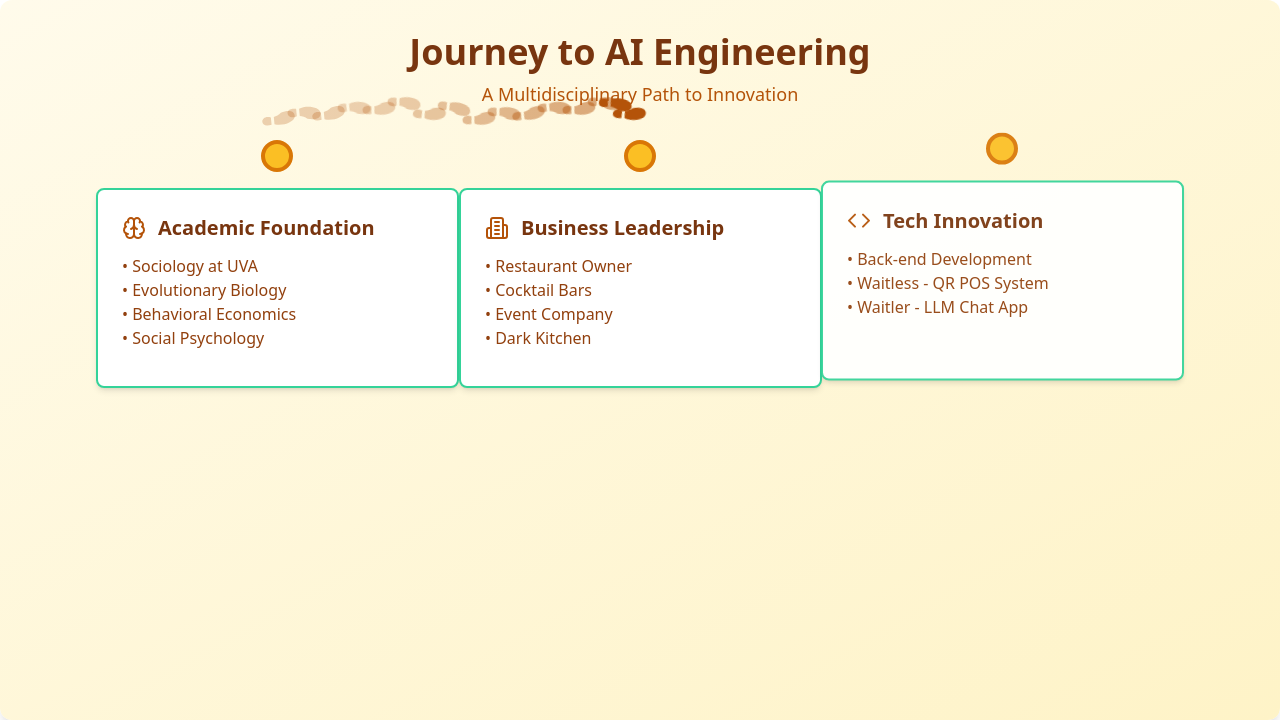
Repository: Galbaz1/dell_presentation
Page: /
An editor plug-in stored every save of this project. The page is shown before and after the next save, followed by the edit.
The browser window is 1280 px wide. The pictures show the whole page.
The project was rebuilt for these pictures with package versions that can differ from the ones it lists, and the page was loaded fresh each time. The framework's server and built-in components were replaced by stand-ins that run in the browser.

Above is the page before, as saved 2024-11-11 13:45:40.

### pages/_app.tsx
import '../styles/globals.css'
import '../styles/speaker_intro.css'
import type { AppProps } from 'next/app'

function MyApp({ Component, pageProps }: AppProps) {
  return <Component {...pageProps} />
}

export default MyApp

### pages/index.tsx
import React from 'react';
import { Brain, Building2, Code, Users, ArrowRight, RefreshCcw } from 'lucide-react';
import FootstepsAnimation from '../components/FootstepsAnimation';

const SpeakerSlide: React.FC = () => {
  return (
    <div className="bg-gradient-to-br from-amber-50 to-amber-100 p-8 rounded-xl shadow-lg min-h-screen overflow-hidden">
      {/* Header */}
      <div className="mb-12 text-center">
        <h1 className="text-4xl font-bold text-amber-900 mb-2">Journey to AI Engineering</h1>
        <p className="text-lg text-amber-700">A Multidisciplinary Path to Innovation</p>
      </div>

      {/* Journey Map */}
      <div className="relative mb-16 mx-auto max-w-[1400px]">
        <FootstepsAnimation />
        {/* Journey Stations */}
        <div className="relative flex justify-between items-center px-16">
          {/* Academic Foundation */}
          <div className="w-96 relative fall-animation">
            <div className="absolute -top-4 left-1/2 transform -translate-x-1/2">
              <div className="w-8 h-8 rounded-full bg-amber-400 border-4 border-amber-600" />
            </div>
            <div className="bg-white p-6 rounded-lg shadow-md mt-8 h-[200px] flex flex-col border-2 border-emerald-400">
              <h2 className="text-xl font-semibold text-amber-900 mb-3 flex items-center">
                <Brain className="mr-3 text-amber-700 w-6 h-6" /> Academic Foundation
              </h2>
              <ul className="text-base text-amber-800 flex-1">
                <li>• Sociology at UVA</li>
                <li>• Evolutionary Biology</li>
                <li>• Behavioral Economics</li>
                <li>• Social Psychology</li>
              </ul>
            </div>
          </div>

          {/* Business Experience */}
          <div className="w-96 relative fall-animation fall-animation-delay-1">
            <div className="absolute -top-4 left-1/2 transform -translate-x-1/2">
              <div className="w-8 h-8 rounded-full bg-amber-400 border-4 border-amber-600" />
            </div>
            <div className="bg-white p-6 rounded-lg shadow-md mt-8 h-[200px] flex flex-col border-2 border-emerald-400">
              <h2 className="text-xl font-semibold text-amber-900 mb-3 flex items-center">
                <Building2 className="mr-3 text-amber-700 w-6 h-6" /> Business Leadership
              </h2>
              <ul className="text-base text-amber-800 flex-1">
                <li>• Restaurant Owner</li>
                <li>• Cocktail Bars</li>
                <li>• Event Company</li>
                <li>• Dark Kitchen</li>
              </ul>
            </div>
          </div>

          {/* Tech Innovation */}
          <div className="w-96 relative fall-animation fall-animation-delay-2">
            <div className="absolute -top-4 left-1/2 transform -translate-x-1/2">
              <div className="w-8 h-8 rounded-full bg-amber-400 border-4 border-amber-600" />
            </div>
            <div className="bg-white p-6 rounded-lg shadow-md mt-8 h-[200px] flex flex-col border-2 border-emerald-400">
              <h2 className="text-xl font-semibold text-amber-900 mb-3 flex items-center">
                <Code className="mr-3 text-amber-700 w-6 h-6" /> Tech Innovation
              </h2>
              <ul className="text-base text-amber-800 flex-1">
                <li>• Back-end Development</li>
                <li>• Waitless - QR POS System</li>
                <li>• Waitler - LLM Chat App</li>
              </ul>
            </div>
          </div>
        </div>
      </div>

      {/* Current Roles Synergy Circle */}
      <div className="relative max-w-[1200px] mx-auto mt-24">
        {/* Synergy Arrows */}
        <div className="absolute left-0 right-0 mx-auto w-28 top-[80px] synergy-animation z-10">
          <div className="relative w-full h-full">
            <RefreshCcw className="w-full h-full text-amber-600 animate-spin-slow" />
            <div className="absolute top-1/2 left-1/2 transform -translate-x-1/2 -translate-y-1/2 text-sm text-amber-800 font-semibold bg-white px-3 py-1 rounded">
              Synergy
            </div>
          </div>
        </div>

        <div className="flex justify-between items-center synergy-animation px-16">
          {/* AI Engineering Role */}
          <div className="w-[480px] bg-white p-8 rounded-lg shadow-md border-2 border-amber-400 h-[160px] flex flex-col">
            <h2 className="text-2xl font-semibold text-amber-900 mb-3 flex items-center">
              <Brain className="mr-3 text-amber-700 w-6 h-6" /> AI Engineering
            </h2>
            <p className="text-base text-amber-800">
              Freelance AI solutions architect combining technical expertise with business acumen
            </p>
          </div>

          {/* AI Builders Role */}
          <div className="w-[480px] bg-white p-8 rounded-lg shadow-md border-2 border-amber-400 h-[160px] flex flex-col">
            <h2 className="text-2xl font-semibold text-amber-900 mb-3 flex items-center">
              <Users className="mr-3 text-amber-700 w-6 h-6" /> AI Builders Club
            </h2>
            <p className="text-base text-amber-800">
              Community lead fostering AI innovation in Amsterdam, Rotterdam, and Berlin
            </p>
          </div>
        </div>
      </div>
    </div>
  );
};

export default SpeakerSlide;

### styles/speaker_intro.css
@keyframes spin-slow {
  from {
    transform: rotate(0deg);
  }
  to {
    transform: rotate(360deg);
  }
}

.animate-spin-slow {
  animation: spin-slow 20s linear infinite;
}

@keyframes fallIn {
  0% {
    transform: translateY(-100vh) rotate(0deg);
    opacity: 0;
  }
  60% {
    transform: translateY(20px) rotate(720deg);
  }
  80% {
    transform: translateY(-10px) rotate(720deg);
  }
  100% {
    transform: translateY(0) rotate(720deg);
    opacity: 1;
  }
}

@keyframes footsteps {
  0% {
    clip-path: inset(0 100% 0 0);
  }
  100% {
    clip-path: inset(0 0 0 0);
  }
}

@keyframes dotted-line {
  0% {
    stroke-dashoffset: 1000;
  }
  100% {
    stroke-dashoffset: 0;
  }
}

@keyframes synergy-appear {
  0% {
    transform: scale(0) rotate(0deg);
    opacity: 0;
  }
  100% {
    transform: scale(1) rotate(360deg);
    opacity: 1;
  }
}

.fall-animation {
  opacity: 0;
  animation: fallIn 2s cubic-bezier(0.25, 0.46, 0.45, 0.94) forwards;
}

.fall-animation-delay-1 {
  animation-delay: 2s;
}

.fall-animation-delay-2 {
  animation-delay: 4s;
}

.footsteps-path {
  stroke-dasharray: 10;
  stroke-dashoffset: 1000;
  animation: dotted-line 1.5s ease-in-out forwards;
}

.footsteps-animation-1 {
  animation-delay: 1.5s;
}

.footsteps-animation-2 {
  animation-delay: 3.5s;
}

.synergy-animation {
  opacity: 0;
  animation: synergy-appear 2s cubic-bezier(0.34, 1.56, 0.64, 1) forwards;
  animation-delay: 6s;
}

/* Footsteps styling */
.footstep {
  position: absolute;
  width: 24px;
  height: 36px;
  opacity: 1;
  transform-origin: center;
  z-index: 51;
}

.footstep.active {
  opacity: 1;
}

.footstep.trail {
  fill: #666;
  opacity: 0.5;
}

.ghost-trail .footstep {
  fill: #666;
  opacity: 0.5;
}

/* First block path animation */
@keyframes first-block-path {
  0% { transform: translate(0, 0) rotate(0deg); opacity: 0; }
  5% { transform: translate(0, 0) rotate(0deg); opacity: 1; }
  20% { transform: translate(-100px, 0) rotate(-90deg); }
  35% { transform: translate(-100px, 100px) rotate(-90deg); }
  50% { transform: translate(0, 100px) rotate(0deg); }
  65% { transform: translate(0, 0) rotate(90deg); }
  80% { transform: translate(100px, 0) rotate(90deg); }
  95% { transform: translate(100px, 0) rotate(90deg); opacity: 1; }
  100% { transform: translate(100px, 0) rotate(90deg); opacity: 0; }
}

.first-block-path .left-step {
  animation: first-block-path 4s ease-in-out forwards;
}

.first-block-path .right-step {
  animation: first-block-path 4s ease-in-out 0.5s forwards;
}

/* Second block path animation */
@keyframes second-block-path {
  /* Similar to first-block-path but adjusted for second block position */
}

.second-block-path .left-step {
  animation: second-block-path 4s ease-in-out 4s forwards;
}

.second-block-path .right-step {
  animation: second-block-path 4s ease-in-out 4.5s forwards;
}

/* Third block path animation */
@keyframes third-block-path {
  /* Similar to previous paths but adjusted for third block position */
}

.third-block-path .left-step {
  animation: third-block-path 4s ease-in-out 8s forwards;
}

.third-block-path .right-step {
  animation: third-block-path 4s ease-in-out 8.5s forwards;
}

/* Trail effect */
.footstep-trail {
  position: absolute;
  opacity: 0.3;
  transition: opacity 0.5s ease-out;
}

.footstep-trail.fade {
  opacity: 0;
}

.ghost-trail {
  position: absolute;
  fill: #666;
  opacity: 0.5;
  transition: opacity 1s ease-out;
  z-index: 50;
}

.ghost-trail-container {
  position: fixed;
  top: 0;
  left: 0;
  width: 100%;
  height: 100%;
  pointer-events: none;
  z-index: 50;
  overflow: hidden;
}

.ghost-trail svg {
  fill: #d97706 !important; /* amber-600 for ghost trails */
  opacity: 0.5;
}

### components/FootstepsAnimation.tsx
import React, { useEffect, useRef } from 'react';
import gsap from 'gsap';

interface FootProps {
  ref: React.RefObject<SVGSVGElement>;
}

const RightFootprint = React.forwardRef<SVGSVGElement>((_, ref) => (
  <svg
    ref={ref}
    width="24"
    height="36"
    viewBox="0 0 16 32"
    fill="currentColor"
    xmlns="http://www.w3.org/2000/svg"
    className="footstep right-step"
    style={{ transform: 'rotate(90deg)', fill: '#b45309' }}
  >
    <path d="M5.058 20.918l6.21-1.664c-0.204-2.22 0-4.745 1.205-7.11 0.18-6.195-1.867-11.962-6.835-10.631-5.468 1.465-4.865 13.899-0.58 19.404v0zM5.468 23.537c0.343 11.974 12.512 6.497 6.318-1.693l-6.318 1.693z" />
  </svg>
));

const LeftFootprint = React.forwardRef<SVGSVGElement>((_, ref) => (
  <svg
    ref={ref}
    width="24"
    height="36"
    viewBox="20 0 16 32"
    fill="currentColor"
    xmlns="http://www.w3.org/2000/svg"
    className="footstep left-step"
    style={{ transform: 'rotate(90deg)', fill: '#b45309' }}
  >
    <path d="M27.227 20.917l-6.21-1.664c0.204-2.22-0-4.745-1.205-7.11-0.18-6.195 1.867-11.962 6.835-10.631 5.468 1.466 4.865 13.9 0.58 19.404v0zM26.818 23.536c-0.343 11.973-12.512 6.497-6.318-1.693l6.318 1.693z" />
  </svg>
));

const FootstepsAnimation: React.FC = () => {
  const leftFootRef = useRef<SVGSVGElement>(null);
  const rightFootRef = useRef<SVGSVGElement>(null);
  const ghostTrailRef = useRef<HTMLDivElement>(null);

  useEffect(() => {
    if (!leftFootRef.current || !rightFootRef.current || !ghostTrailRef.current) return;

    // River-like flowing path with gentle curves
    const flowingPath = [
      // Start at first orange circle (Academic Foundation)
      { x: 280, y: 100 },    // Starting at first circle
      { x: 330, y: 95 },     // Gentle curve up
      { x: 380, y: 90 },     // Peak
      { x: 430, y: 95 },     // Coming down
      { x: 480, y: 100 },    // Level
      { x: 530, y: 95 },     // Rise
      { x: 580, y: 90 },     // Peak
      { x: 630, y: 95 },     // Descend
      { x: 680, y: 100 },    // Second circle position
      { x: 730, y: 95 },     // Begin rise
      { x: 780, y: 90 },     // Peak
      { x: 830, y: 95 },     // Start descent
      { x: 880, y: 100 },    // Level
      { x: 930, y: 95 },     // Rise
      { x: 980, y: 90 },     // Peak
      { x: 1030, y: 95 },    // Descend
      { x: 1080, y: 100 },   // Third circle position
      { x: 1130, y: 95 },    // Final rise
      { x: 1180, y: 90 },    // Last peak
      { x: 1230, y: 95 },    // Final descent
      { x: 1280, y: 100 },   // End position
    ];

    const createGhostTrail = (
      element: SVGSVGElement,
      x: number,
      y: number,
      rotation: number = 0
    ): void => {
      if (!ghostTrailRef.current) return;

      const ghost = element.cloneNode(true) as SVGSVGElement;
      ghost.style.position = 'absolute';
      ghost.style.left = `${x}px`;
      ghost.style.top = `${y}px`;
      ghost.style.transform = `rotate(${rotation + 90}deg)`;
      ghost.style.color = '#d97706';
      ghost.classList.add('ghost-trail');

      ghostTrailRef.current.appendChild(ghost);

      gsap.to(ghost, {
        opacity: 0.25,
        duration: 3,
        ease: "none",
      });
    };

    const animateFootstep = (
      foot: SVGSVGElement,
      path: Array<{x: number, y: number}>,
      delay: number,
      isLeft: boolean
    ): void => {
      path.forEach((point, index) => {
        const prevPoint = index > 0 ? path[index - 1] : point;
        const nextPoint = index < path.length - 1 ? path[index + 1] : point;

        const rotation = Math.atan2(
          nextPoint.y - prevPoint.y,
          nextPoint.x - prevPoint.x
        ) * 180 / Math.PI;

        // Swapped vertical offsets and reduced distance by 50%
        const verticalOffset = isLeft ? 5 : -5; // Changed from -10/+10 to +5/-5

        gsap.to(foot, {
          x: point.x + (isLeft ? -12 : 12),
          y: point.y + verticalOffset,
          rotation: rotation + 90 + (isLeft ? -15 : 15),
          duration: 0.6,
          delay: delay + (index * 0.7),
          ease: "power2.inOut",
          onComplete: () => createGhostTrail(
            foot,
            point.x + (isLeft ? -12 : 12),
            point.y + verticalOffset,
            rotation + (isLeft ? -15 : 15)
          ),
        });
      });
    };

    // Start animations with proper timing
    const timeline = gsap.timeline();

    // Animate both feet with slight offset for natural walking
    animateFootstep(leftFootRef.current, flowingPath, 0, true);
    animateFootstep(rightFootRef.current, flowingPath, 0.35, false); // Increased offset

    return () => {
      timeline.kill();
    };
  }, []);

  return (
    <div className="fixed inset-0 pointer-events-none" style={{ zIndex: 50 }}>
      <div
        ref={ghostTrailRef}
        className="ghost-trail-container"
        style={{ zIndex: 50 }}
      />
      <LeftFootprint ref={leftFootRef} />
      <RightFootprint ref={rightFootRef} />
    </div>
  );
};

RightFootprint.displayName = 'RightFootprint';
LeftFootprint.displayName = 'LeftFootprint';

export default FootstepsAnimation;

### tailwind.config.js
/** @type {import('tailwindcss').Config} */
module.exports = {
  content: [
    "./pages/**/*.{js,ts,jsx,tsx}",
    "./components/**/*.{js,ts,jsx,tsx}",
    "./styles/**/*.css",
  ],
  theme: {
    extend: {},
  },
  plugins: [],
}

Loaded but not shown: styles/globals.css (common file)

After the next save:
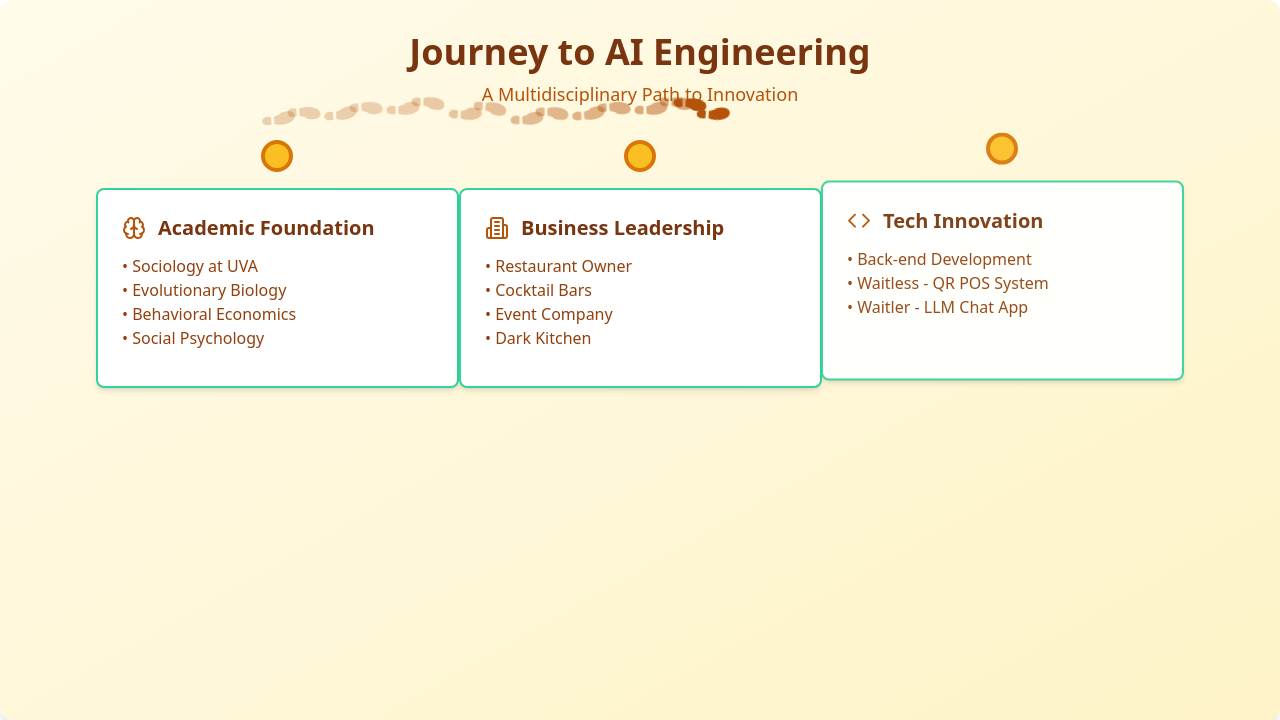
Saved 47 s later.
--- a/components/FootstepsAnimation.tsx
+++ b/components/FootstepsAnimation.tsx
@@ -47,26 +47,26 @@ const FootstepsAnimation: React.FC = () => {
     const flowingPath = [
       // Start at first orange circle (Academic Foundation)
       { x: 280, y: 100 },    // Starting at first circle
-      { x: 330, y: 95 },     // Gentle curve up
-      { x: 380, y: 90 },     // Peak
-      { x: 430, y: 95 },     // Coming down
-      { x: 480, y: 100 },    // Level
-      { x: 530, y: 95 },     // Rise
-      { x: 580, y: 90 },     // Peak
-      { x: 630, y: 95 },     // Descend
-      { x: 680, y: 100 },    // Second circle position
-      { x: 730, y: 95 },     // Begin rise
-      { x: 780, y: 90 },     // Peak
-      { x: 830, y: 95 },     // Start descent
-      { x: 880, y: 100 },    // Level
-      { x: 930, y: 95 },     // Rise
-      { x: 980, y: 90 },     // Peak
-      { x: 1030, y: 95 },    // Descend
-      { x: 1080, y: 100 },   // Third circle position
-      { x: 1130, y: 95 },    // Final rise
-      { x: 1180, y: 90 },    // Last peak
-      { x: 1230, y: 95 },    // Final descent
-      { x: 1280, y: 100 },   // End position
+      { x: 342, y: 95 },     // Gentle curve up (increased from 330)
+      { x: 404, y: 90 },     // Peak (increased from 380)
+      { x: 466, y: 95 },     // Coming down (increased from 430)
+      { x: 528, y: 100 },    // Level (increased from 480)
+      { x: 590, y: 95 },     // Rise (increased from 530)
+      { x: 652, y: 90 },     // Peak (increased from 580)
+      { x: 714, y: 95 },     // Descend (increased from 630)
+      { x: 776, y: 100 },    // Second circle position (increased from 680)
+      { x: 838, y: 95 },     // Begin rise (increased from 730)
+      { x: 900, y: 90 },     // Peak (increased from 780)
+      { x: 962, y: 95 },     // Start descent (increased from 830)
+      { x: 1024, y: 100 },   // Level (increased from 880)
+      { x: 1086, y: 95 },    // Rise (increased from 930)
+      { x: 1148, y: 90 },    // Peak (increased from 980)
+      { x: 1210, y: 95 },    // Descend (increased from 1030)
+      { x: 1272, y: 100 },   // Third circle position (increased from 1080)
+      { x: 1334, y: 95 },    // Final rise (increased from 1130)
+      { x: 1396, y: 90 },    // Last peak (increased from 1180)
+      { x: 1458, y: 95 },    // Final descent (increased from 1230)
+      { x: 1520, y: 100 },   // End position (increased from 1280)
     ];
 
     const createGhostTrail = (
